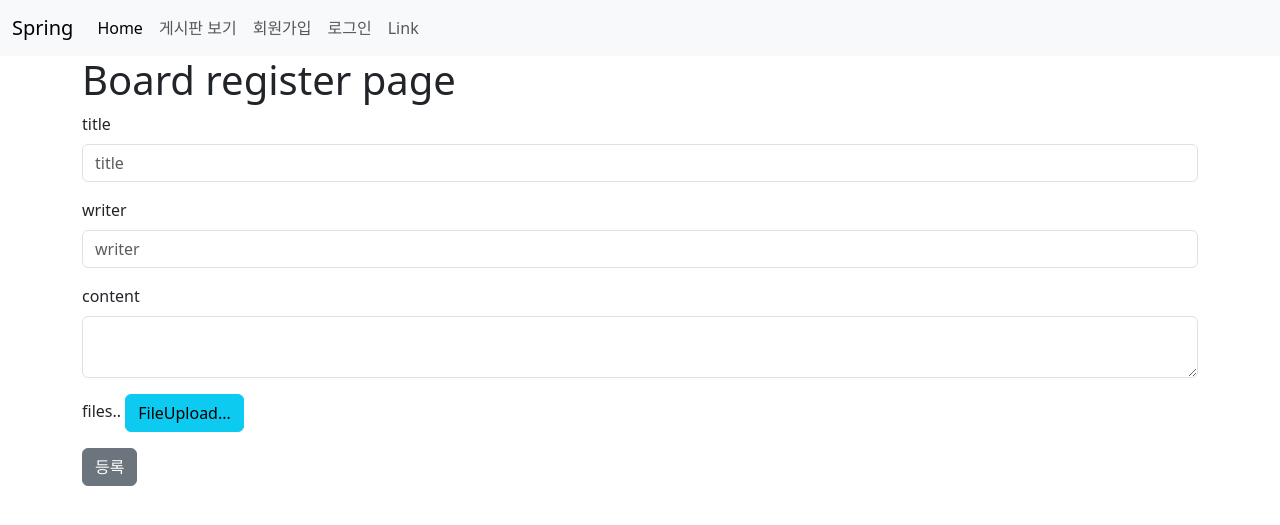
Repository: kimnoanoa/springTest240430
Page: http://localhost/spring_study/WEB-INF/views/board/register.jsp
These files come from the project's save history. The page is drawn as it stood at one moment and after the next save; the edit follows.
The browser window is 1280 px wide. The pictures show the whole page.
The page is served by Tomcat 9. Nobody is signed in. The template is opened directly, without the code that normally fills it, so the values that code supplies are empty.

Above is the page before, as saved 2024-04-29 01:37:10.

### spring_study/src/main/webapp/WEB-INF/views/board/register.jsp
<%@ page language="java" contentType="text/html; charset=UTF-8"
    pageEncoding="UTF-8"%>
    <jsp:include page="../layout/header.jsp"></jsp:include>
	<div class="container-md">
	<h1>Board register page</h1>
		<form action="/board/insert" method="post" enctype="application/x-www-form-urlencoded">
			<div class="mb-3">
			  <label for="t" class="form-label">title</label>
			  <input type="text" class="form-control" id="t" name="title" placeholder="title">
			</div>
			<div class="mb-3">
			  <label for="w" class="form-label">writer</label>
			  <input type="text" class="form-control" id="w" name="writer" placeholder="writer">
			</div>
			<div class="mb-3">
			   <label for="c" class="form-label">content</label>
			  <textarea class="form-control" id="c" aria-label="With textarea" name="content"></textarea>
			</div>

			<!-- 파일입력 라인 추가 -->
			<div class="mb-3">
			   <label for="file" class="form-label">files..</label>
			   <input type="file" class="form-control" name="files" id="file" style="display: none">
			   <button type="button" class="btn btn-info">FileUpload...</button>
			</div>

			<button type="submit" class="btn btn-secondary">등록</button>
		</form>
	</div>

    <jsp:include page="../layout/footer.jsp"></jsp:include>

### spring_study/src/main/webapp/WEB-INF/views/layout/header.jsp
<%@ page language="java" contentType="text/html; charset=UTF-8"
    pageEncoding="UTF-8"%>
    <%@ taglib uri="http://java.sun.com/jsp/jstl/core" prefix="c" %>
<!DOCTYPE html>
<html>
<head>
<meta charset="UTF-8">
<title>header.jsp</title>
<link href="https://cdn.jsdelivr.net/npm/bootstrap@5.3.3/dist/css/bootstrap.min.css" rel="stylesheet" integrity="sha384-QWTKZyjpPEjISv5WaRU9OFeRpok6YctnYmDr5pNlyT2bRjXh0JMhjY6hW+ALEwIH" crossorigin="anonymous">
<script src="https://cdn.jsdelivr.net/npm/bootstrap@5.3.3/dist/js/bootstrap.bundle.min.js" integrity="sha384-YvpcrYf0tY3lHB60NNkmXc5s9fDVZLESaAA55NDzOxhy9GkcIdslK1eN7N6jIeHz" crossorigin="anonymous"></script>
</head>
<body>
<nav class="navbar navbar-expand-lg bg-body-tertiary">
  <div class="container-fluid">
    <a class="navbar-brand" href="#">Spring</a>
    <button class="navbar-toggler" type="button" data-bs-toggle="collapse" data-bs-target="#navbarSupportedContent" aria-controls="navbarSupportedContent" aria-expanded="false" aria-label="Toggle navigation">
      <span class="navbar-toggler-icon"></span>
    </button>
    <div class="collapse navbar-collapse" id="navbarSupportedContent">
      <ul class="navbar-nav me-auto mb-2 mb-lg-0">
        <li class="nav-item">
          <a class="nav-link active" aria-current="page" href="/">Home</a>
        </li>
        <c:if test="${ses ne null }">
        <li class="nav-item">
          <a class="nav-link" href="/board/register">게시판 글쓰기</a>
        </li>
        </c:if>
        <li class="nav-item">
          <a class="nav-link" href="/board/list">게시판 보기</a>
        </li>
        <c:if test="${ses eq null }">
        <li class="nav-item">
          <a class="nav-link" href="/member/register">회원가입</a>
        </li>
        <li class="nav-item">
          <a class="nav-link" href="/member/login">로그인</a>
        </li>
        </c:if>
        <c:if test="${ses ne null }">
        <li class="nav-item">
          <a class="nav-link" href="/member/logout">로그아웃</a>
        </li>
        <li class="nav-item">
          <a class="nav-link" href="/member/modify">${ses.id }(${ses.email }) Welcome!!</a>
        </li>
        </c:if>
        <li class="nav-item">
          <a class="nav-link" href="http://www.google.com" target="_blank" >Link</a>
        </li>
      </ul>
    </div>
  </div>
</nav>

### spring_study/src/main/webapp/WEB-INF/views/layout/footer.jsp
<%@ page language="java" contentType="text/html; charset=UTF-8"
    pageEncoding="UTF-8"%>
<div>
<!-- 2024 Spring Project -->
</div>
</body>
</html>

After the next save:
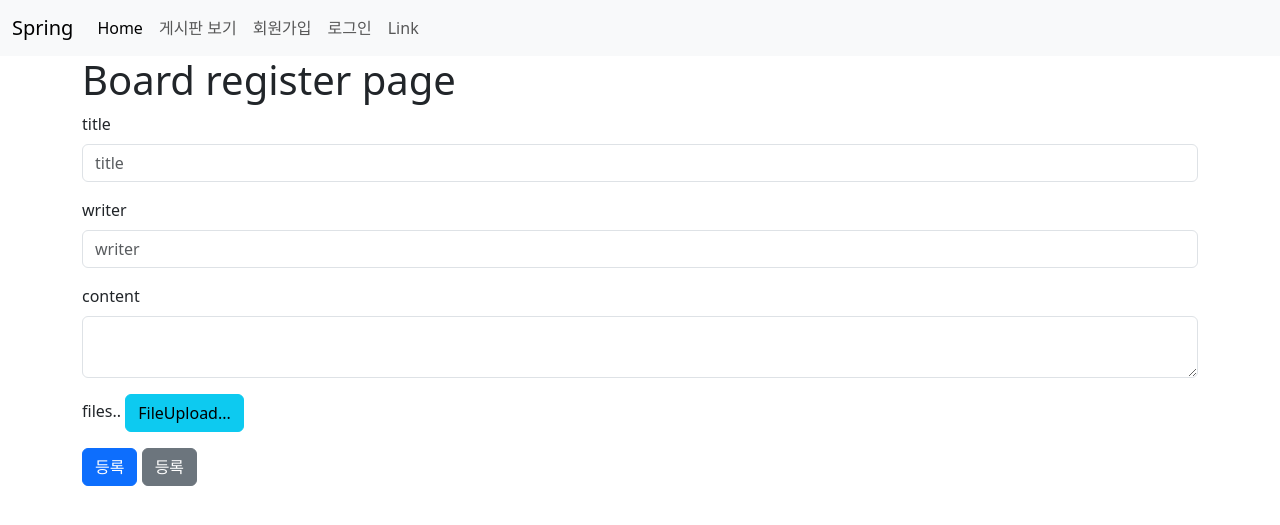
Saved 91 s later.
--- a/spring_study/src/main/webapp/WEB-INF/views/board/register.jsp
+++ b/spring_study/src/main/webapp/WEB-INF/views/board/register.jsp
@@ -24,6 +24,12 @@
 			   <button type="button" class="btn btn-info">FileUpload...</button>
 			</div>
 
+			<!-- 파일목록 표시라인 -->
+			<div class="mb-3" id="fileZone">
+			</div>
+
+			<button id="submit" class="btn btn-primary" id="regBtn">등록</button>
+
 			<button type="submit" class="btn btn-secondary">등록</button>
 		</form>
 	</div>
